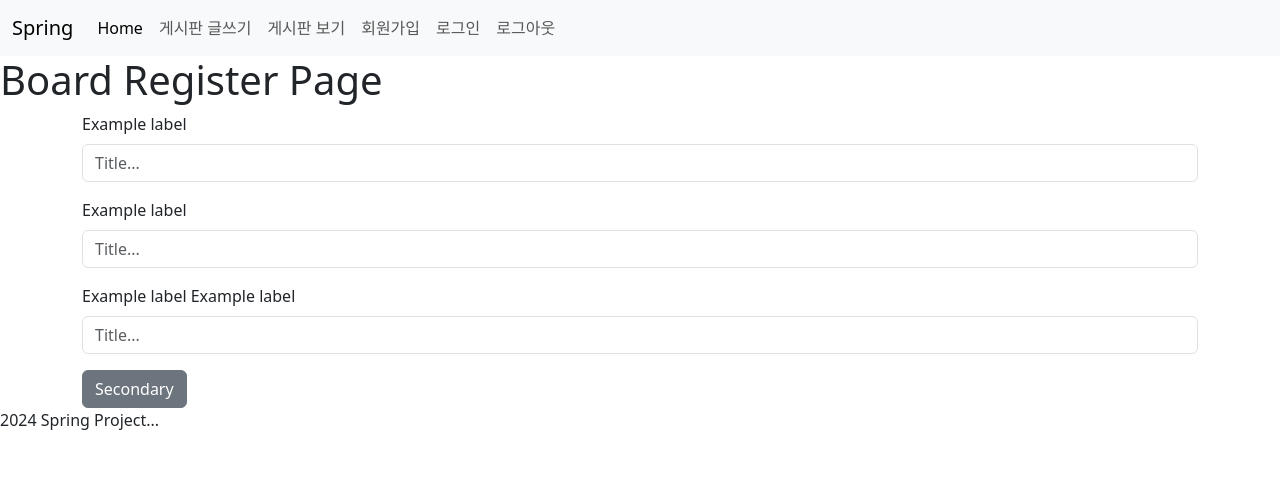
Repository: leechanggyu1118/Spring
Page: http://localhost/spring_study/WEB-INF/views/board/register.jsp
An editor plug-in stored every save of this project. The page is shown before and after the next save, followed by the edit.
The browser window is 1280 px wide. The pictures show the whole page.
The page is served by Tomcat 9. Nobody is signed in. The template is opened directly, without the code that normally fills it, so the values that code supplies are empty.

Above is the page before, as saved 2024-04-24 01:15:14.

After the next save:
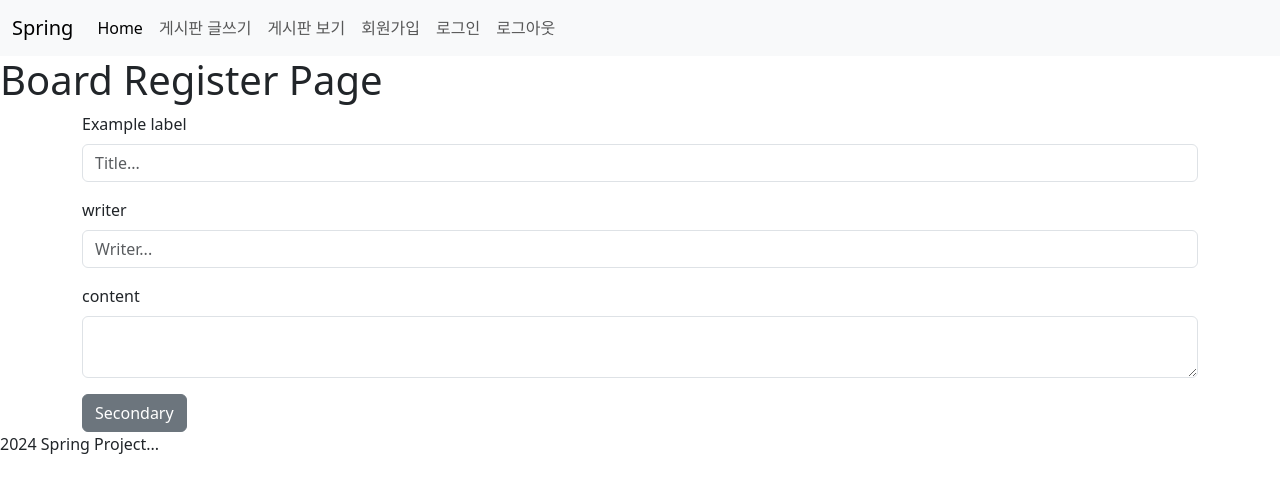
Saved 10 min 14 s later.
--- a/spring_study/src/main/webapp/WEB-INF/views/board/register.jsp
+++ b/spring_study/src/main/webapp/WEB-INF/views/board/register.jsp
@@ -18,15 +18,13 @@
 			</div>
 
 			<div class="mb-3">
-				<label for="w" class="form-label">Example label</label>
-				<input type="text" class="form-control" name="writer" id="w"
-					placeholder="Title...">
+				<label for="w" class="form-label">writer</label>
+				<input type="text" class="form-control" name="writer" id="w" placeholder="Writer...">
 			</div>
 
 			<div class="mb-3">
-				<label for="c" class="form-label">Example label</label>
-				<label for="c" class="form-label">Example label</label>
-				<input type="text" class="form-control" name="content" id="t" placeholder="Title...">
+				<label for="c" class="form-label">content</label>
+				<textarea class="form-control" id="c" name="content" aria-label="With textarea"></textarea>
 			</div>
 
 			<button type="submit" class="btn btn-secondary">Secondary</button>
